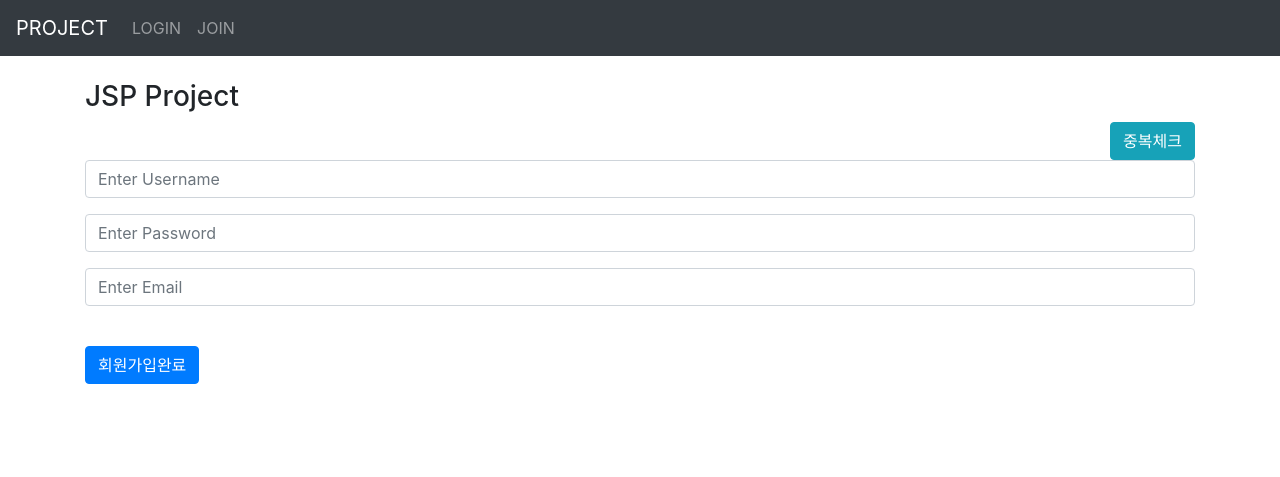
Repository: KuTaeMo/JSP-Project
Page: http://localhost/project/user/join.jsp
These files come from the project's save history. The page is drawn as it stood at one moment and after the next save; the edit follows.
The browser window is 1280 px wide. The pictures show the whole page.
The page is served by Tomcat 9.

Above is the page before, as saved 2021-01-12 02:15:35.

After the next save:
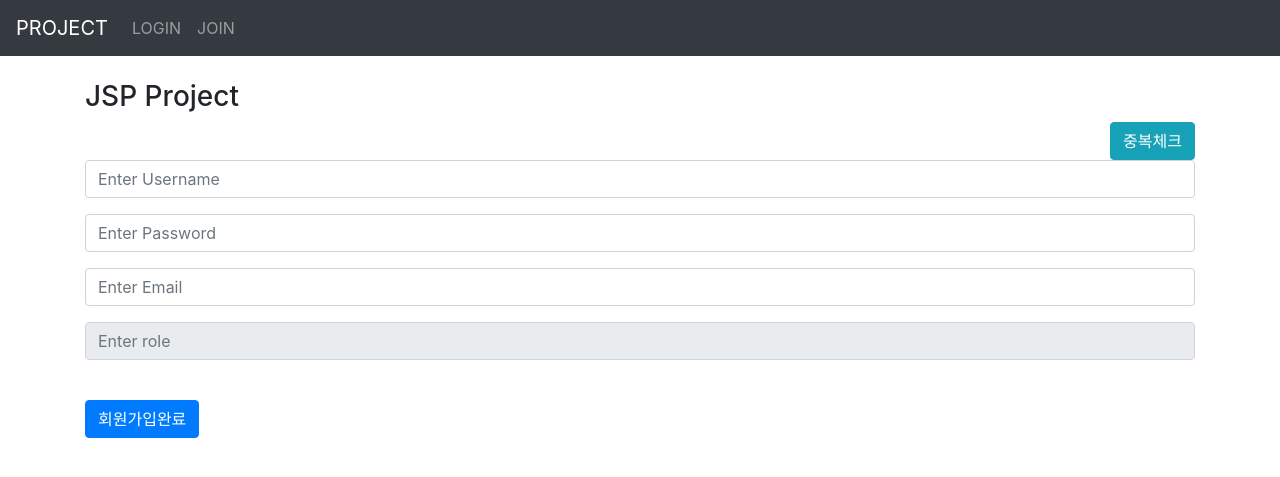
Saved 19 s later.
--- a/project/WebContent/user/join.jsp
+++ b/project/WebContent/user/join.jsp
@@ -22,6 +22,11 @@
 		<div class="form-group">
 			<input type="email" name="email" class="form-control"
 				placeholder="Enter Email" required />
+		</div>
+
+		<div class="form-group">
+			<input type="text" name="role" id="role" class="form-control"
+				placeholder="Enter role" required readonly />
 		</div>
 		<br />
 		<button type="submit" class="btn btn-primary">회원가입완료</button>
